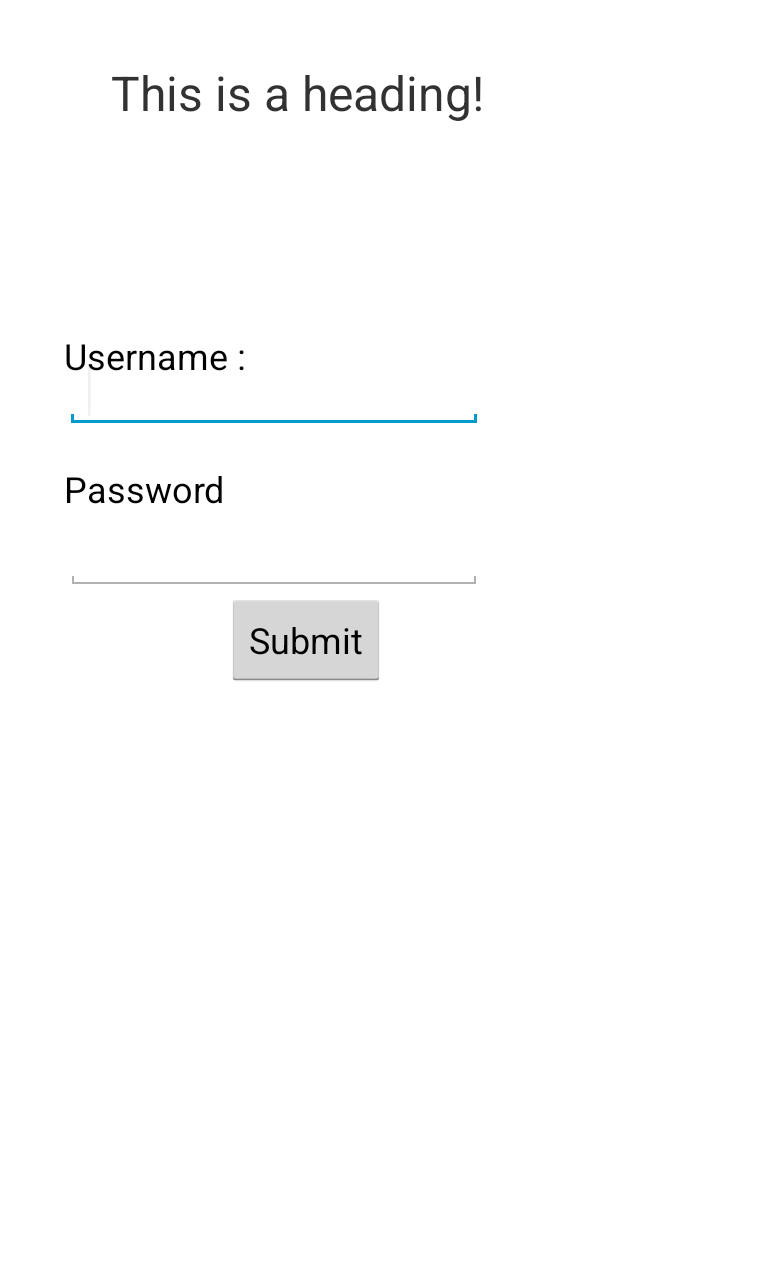
Repository: itsnavneetk/sem6
Layout: AT/150911226/FirstApplication/res/layout/activity_main.xml
An editor plug-in stored every save of this project. The layout is shown before and after the next save, followed by the edit.
It is drawn on a 768 x 1280 px phone screen (xhdpi) without system bars, with theme AppTheme; the app's code is not run.

Above is the layout before, as saved 2018-01-10 04:04:18.

After the next save:
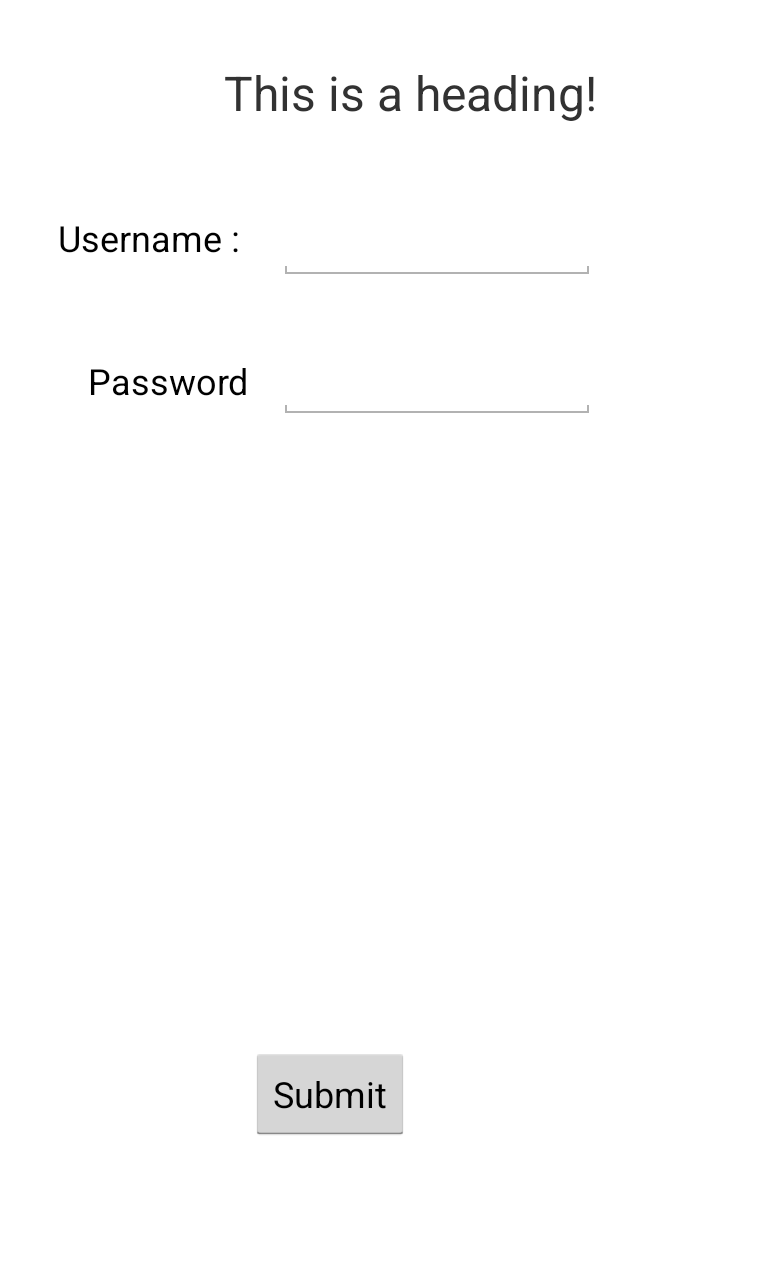
Saved 6 min 59 s later.
--- a/AT/150911226/FirstApplication/res/layout/activity_main.xml
+++ b/AT/150911226/FirstApplication/res/layout/activity_main.xml
@@ -7,55 +7,6 @@
     android:paddingRight="@dimen/activity_horizontal_margin"
     android:paddingTop="@dimen/activity_vertical_margin"
     tools:context=".MainActivity" >
-
-    <Button
-        android:id="@+id/button1"
-        android:layout_width="wrap_content"
-        android:layout_height="wrap_content"
-        android:layout_centerVertical="true"
-        android:layout_toRightOf="@+id/textView2"
-        android:text="Submit" />
-
-    <EditText
-        android:id="@+id/password"
-        android:layout_width="wrap_content"
-        android:layout_height="wrap_content"
-        android:layout_above="@+id/button1"
-        android:layout_alignLeft="@+id/textView2"
-        android:ems="10"
-        android:inputType="textPassword" />
-
-    <TextView
-        android:id="@+id/textView2"
-        android:layout_width="wrap_content"
-        android:layout_height="wrap_content"
-        android:layout_above="@+id/password"
-        android:layout_alignParentLeft="true"
-        android:layout_marginLeft="16dp"
-        android:text="Password"
-        android:textAppearance="?android:attr/textAppearanceMedium" />
-
-    <EditText
-        android:id="@+id/unametext"
-        android:layout_width="wrap_content"
-        android:layout_height="wrap_content"
-        android:layout_above="@+id/textView2"
-        android:layout_alignLeft="@+id/textView2"
-        android:layout_marginBottom="17dp"
-        android:ems="10" >
-
-        <requestFocus />
-    </EditText>
-
-    <TextView
-        android:id="@+id/unametext"
-        android:layout_width="wrap_content"
-        android:layout_height="wrap_content"
-        android:layout_above="@+id/textView2"
-        android:layout_alignLeft="@+id/textView2"
-        android:layout_marginBottom="42dp"
-        android:text="Username : "
-        android:textAppearance="?android:attr/textAppearanceMedium" />
 
     <TextView
         android:id="@+id/textView1"
@@ -67,4 +18,56 @@
         android:text="This is a heading!"
         android:textSize="24sp" />
 
+    <Button
+        android:id="@+id/button1"
+        android:layout_width="wrap_content"
+        android:layout_height="wrap_content"
+        android:layout_alignParentBottom="true"
+        android:layout_marginBottom="53dp"
+        android:layout_toRightOf="@+id/textView2"
+        android:text="Submit" />
+
+    <TextView
+        android:id="@+id/unametext"
+        android:layout_width="wrap_content"
+        android:layout_height="wrap_content"
+        android:layout_alignRight="@+id/textView2"
+        android:layout_below="@+id/textView1"
+        android:layout_marginTop="44dp"
+        android:text="Username : "
+        android:textAppearance="?android:attr/textAppearanceMedium" />
+
+    <EditText
+        android:id="@+id/unametext"
+        android:layout_width="wrap_content"
+        android:layout_height="wrap_content"
+        android:layout_alignLeft="@+id/button1"
+        android:layout_below="@+id/textView1"
+        android:layout_marginLeft="14dp"
+        android:layout_marginTop="39dp"
+        android:ems="10"
+        android:width="160dp" />
+
+    <TextView
+        android:id="@+id/textView2"
+        android:layout_width="wrap_content"
+        android:layout_height="wrap_content"
+        android:layout_alignParentLeft="true"
+        android:layout_below="@+id/unametext"
+        android:layout_marginLeft="28dp"
+        android:layout_marginTop="37dp"
+        android:text="Password"
+        android:textAppearance="?android:attr/textAppearanceMedium" />
+
+    <EditText
+        android:id="@+id/password"
+        android:layout_width="wrap_content"
+        android:layout_height="wrap_content"
+        android:layout_alignBaseline="@+id/textView2"
+        android:layout_alignBottom="@+id/textView2"
+        android:layout_alignLeft="@+id/unametext"
+        android:ems="10"
+        android:inputType="textPassword"
+        android:width="160dp" />
+
 </RelativeLayout>
